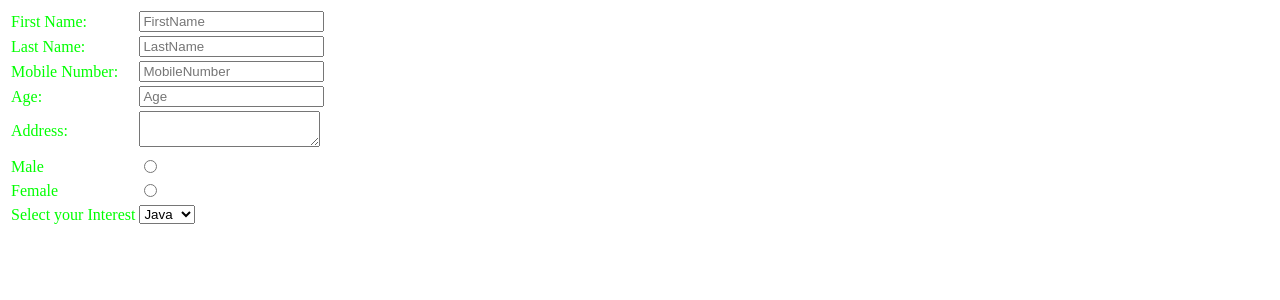
Repository: Ganesh281996/Ganesh
Page: BasicHtml/WebContent/Login.html
The author's editor kept a copy of each file at every save. The page is drawn from the files as they stood at one save, then again after the next save.
The browser window is 1280 px wide. The pictures show the whole page.

Above is the page before, as saved 2018-03-27 12:18:13.

After the next save:
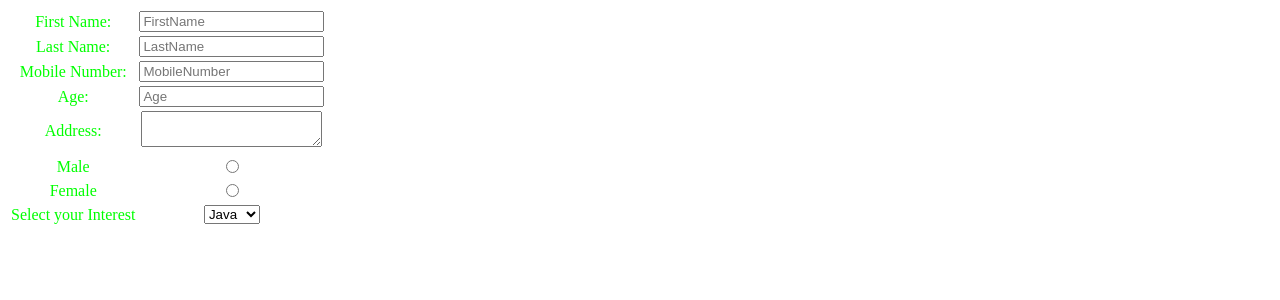
Saved 24 s later.
--- a/BasicHtml/WebContent/Login.html
+++ b/BasicHtml/WebContent/Login.html
@@ -9,6 +9,10 @@
 tr
 {
 color: lime;
+}
+td
+{
+text-align: center;
 }
 </style>
 <form action="">

After the save that followed:
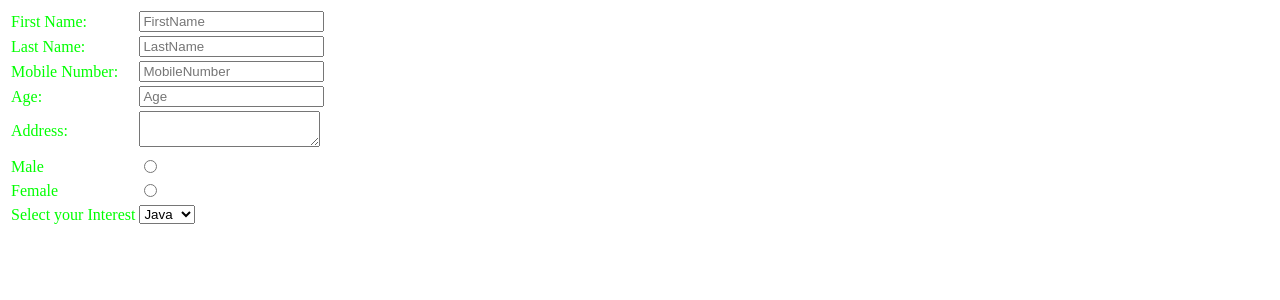
Saved 6 s later.
--- a/BasicHtml/WebContent/Login.html
+++ b/BasicHtml/WebContent/Login.html
@@ -12,7 +12,7 @@
 }
 td
 {
-text-align: center;
+text-align: left;
 }
 </style>
 <form action="">
